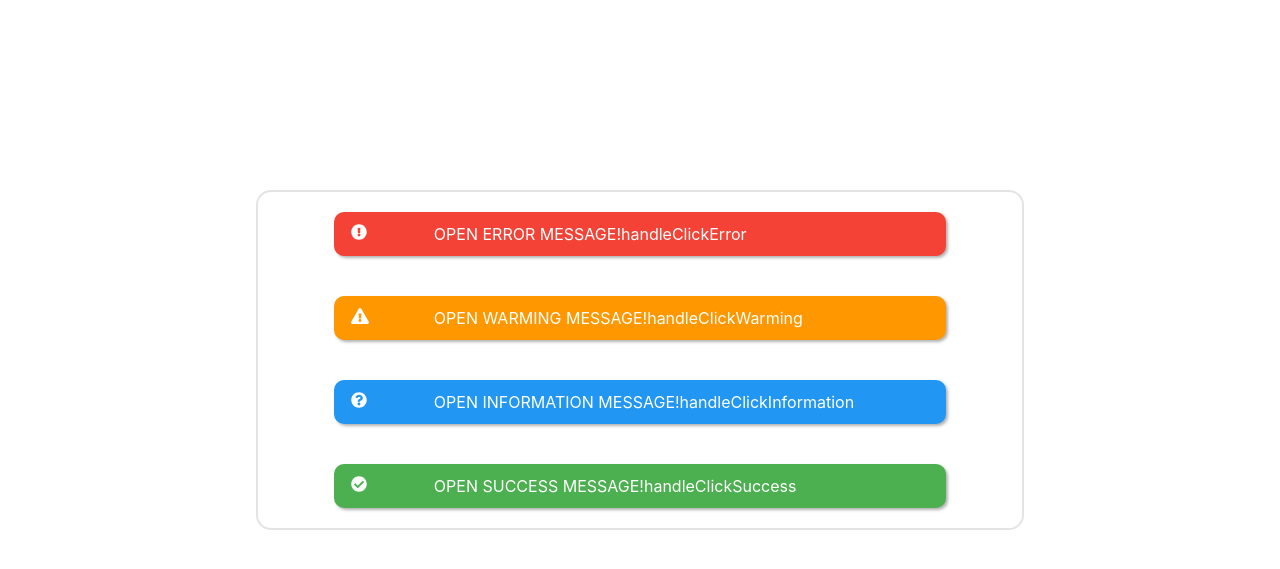
Repository: KrzysKolo/sr_tydzien5_zad2
Page: /
An editor plug-in stored every save of this project. The page is shown before and after the next save, followed by the edit.
The browser window is 1280 px wide. The pictures show the whole page.
The project was rebuilt for these pictures with package versions that can differ from the ones it lists, and the page was loaded fresh each time.

Above is the page before, as saved 2020-12-21 18:43:36.

### public/index.html
<!DOCTYPE html>
<html lang="en">
  <head>
    <meta charset="utf-8" />
    <link rel="icon" href="%PUBLIC_URL%/favicon.ico" />
    <meta name="viewport" content="width=device-width, initial-scale=1" />
    <meta name="theme-color" content="#000000" />
    <meta
      name="description"
      content="Web site created using create-react-app"
    />
    <link rel="apple-touch-icon" href="%PUBLIC_URL%/logo192.png" />
    <!--
      manifest.json provides metadata used when your web app is installed on a
      user's mobile device or desktop. See https://developers.google.com/web/fundamentals/web-app-manifest/
    -->
    <link rel="manifest" href="%PUBLIC_URL%/manifest.json" />
    <!--
      Notice the use of %PUBLIC_URL% in the tags above.
      It will be replaced with the URL of the `public` folder during the build.
      Only files inside the `public` folder can be referenced from the HTML.

      Unlike "/favicon.ico" or "favicon.ico", "%PUBLIC_URL%/favicon.ico" will
      work correctly both with client-side routing and a non-root public URL.
      Learn how to configure a non-root public URL by running `npm run build`.
    -->
    <title>Zad 2 - snackbar</title>
  </head>
  <body>
    <noscript>You need to enable JavaScript to run this app.</noscript>
    <div id="root"></div>
    <!--
      This HTML file is a template.
      If you open it directly in the browser, you will see an empty page.

      You can add webfonts, meta tags, or analytics to this file.
      The build step will place the bundled scripts into the <body> tag.

      To begin the development, run `npm start` or `yarn start`.
      To create a production bundle, use `npm run build` or `yarn build`.
    -->
  </body>
</html>

### src/App.js
import React from 'react';
import Buttons from './components/Buttons';
import './App.css';
const App = () => {
  return (
    <div className="wrapper--btn">
      <Buttons />
    </div>
  )
}

export default App;

### src/components/Buttons.js
import React from 'react';
import ButtonsData from './../data/ButtonsData';
import Button from './Button';

const Buttons = () => {
    return (
        <>
            {ButtonsData.map(button =>
                <Button key={button.id} data={button} />
            )}
        </>
    )
}

export default Buttons;

### src/App.css
* {
  box-sizing: border-box;
  margin: 0;
  position: relative;
}
body {
  width: 100vw;
  height: 100vh;
  display: flex;
  flex-direction: row;
  justify-content: center;
  align-items: center;
}
.wrapper--btn {
  border: 2px solid #e3e3e3;
  border-radius: 15px;
  width: 60vw;
  display: flex;
  flex-direction: column;
  justify-content: center;
  align-items: center;
}
.btn {
  border-radius: 10px;
  color: rgb(240, 239, 244);
  cursor: pointer;
  padding: 10px 15px;
  margin: 20px;
  width: 80%;
  display: grid;
  grid-template-columns: 0.5fr 3fr;
  box-shadow: 2px 2px 3px rgba(102, 102, 102, 0.5);
}

### src/data/ButtonsData.js
const ButtonsData = [
    {
      id: 0,
      name: "OPEN ERROR MESSAGE!",
      event: "handleClickError",
      color: "rgb(244, 67, 54)",
      icon: "faExclamationCircle"
    },
    {
      id: 1,
      name: "OPEN WARMING MESSAGE!",
      event: "handleClickWarming",
      color: "rgb(255, 152, 0)",
      icon: "faExclamationTriangle",
    },
    {
      id: 2,
      name: "OPEN INFORMATION MESSAGE!",
      event: "handleClickInformation",
      color: "rgb(33, 150, 243)",
      icon: "faQuestionCircle",
    },
    {
      id: 3,
      name: "OPEN SUCCESS MESSAGE!",
      event: "handleClickSuccess",
      color: "rgb(76, 175, 80)",
      icon: "faCheckCircle",
    },

  ]
 export default ButtonsData;

### src/components/Button.js
import React, { useState } from 'react';
import Icons from './Icons';

const Button = ({ data} ) => {
    const [isHover, setIsHover] = useState(false);
    const OutStyle = {
        border: `2px solid ${data.color}`,
        background: data.color,
        color: "#fff",
      };

      const OverStyle = {
        border: `2px solid ${data.color}`,
        backgroundColor: "#fff",
        color: data.color,

      };
      const handleClickError = () => {
          console.log("error");
      }
      const handleClickWarming = () => {
          console.log("warming");
      }
      const handleClickInformation = () => {
          console.log("info");
      }
      const handleClickSuccess = () => {
          console.log("sukces");
      }
    return (
        <div className="btn"
        onClick={`${data.event}`}
        style={isHover ? OverStyle : OutStyle}
        onMouseOver={() => setIsHover(true)}
        onMouseOut={() => setIsHover(false)}>
            <Icons icon={data.icon}/>
             {data.name}{data.event}
        </div>
    )
}

export default Button;

### src/components/Icons.js
import React from 'react';
import { FontAwesomeIcon } from '@fortawesome/react-fontawesome';
import { faCheckCircle, faQuestionCircle, faExclamationTriangle, faExclamationCircle } from '@fortawesome/free-solid-svg-icons';

const Icons = ({icon}) => {

        switch (icon) {
            case 'faExclamationCircle': return <FontAwesomeIcon icon={faExclamationCircle} />;
            case 'faExclamationTriangle': return <FontAwesomeIcon icon={faExclamationTriangle} />;
            case 'faQuestionCircle': return <FontAwesomeIcon icon={faQuestionCircle} />;
            case 'faCheckCircle': return <FontAwesomeIcon icon={faCheckCircle} />;
            default: return null;
            }



}

export default Icons;

Loaded but not shown: src/index.js (common file); src/index.css (common file)

After the next save:
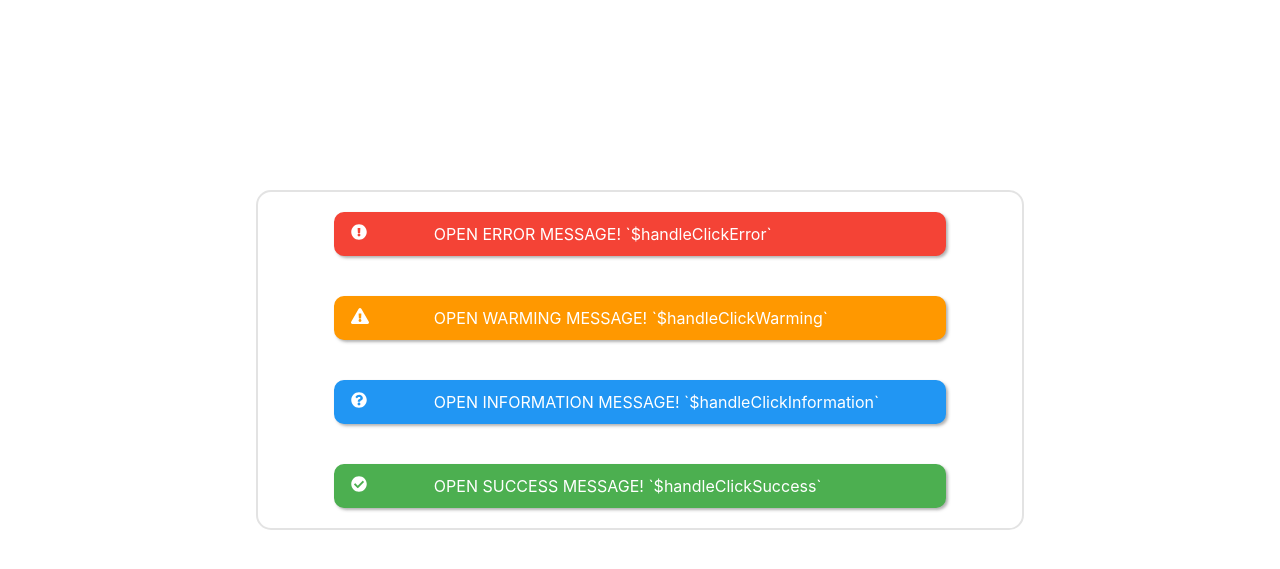
Saved 2 min 53 s later.
--- a/src/components/Button.js
+++ b/src/components/Button.js
@@ -34,7 +34,7 @@ const Button = ({ data} ) => {
         onMouseOver={() => setIsHover(true)}
         onMouseOut={() => setIsHover(false)}>
             <Icons icon={data.icon}/>
-             {data.name}{data.event}
+             {data.name} `${data.event}`
         </div>
     )
 }
